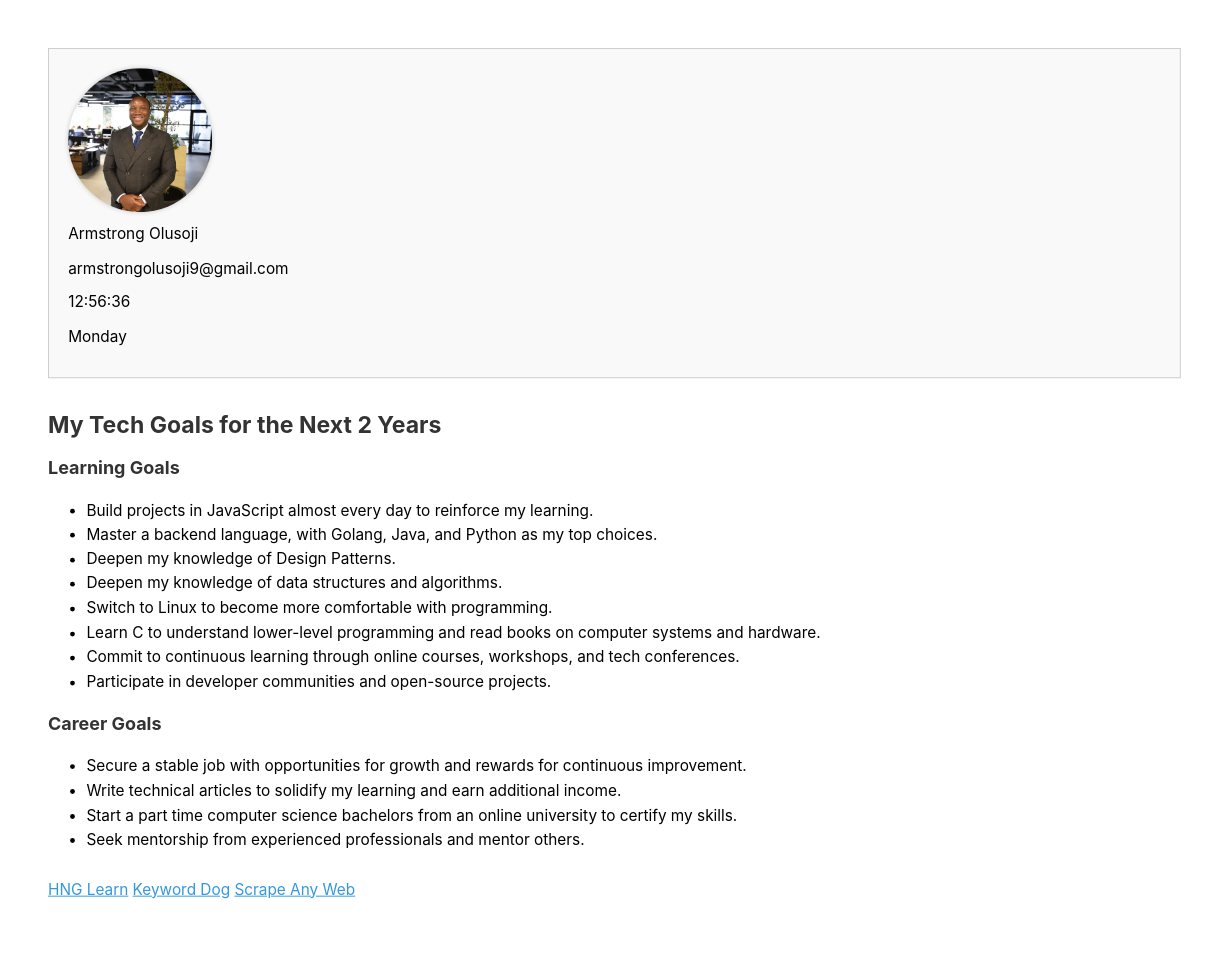
Repository: Armstrong2035/hng-project-one
Page: index.html
The author's editor kept a copy of each file at every save. The page is drawn from the files as they stood at one save, then again after the next save.
The browser window is 1280 px wide. The pictures show the whole page, at 96% of full size.

Above is the page before, as saved 2024-07-01 17:29:32.

After the next save:
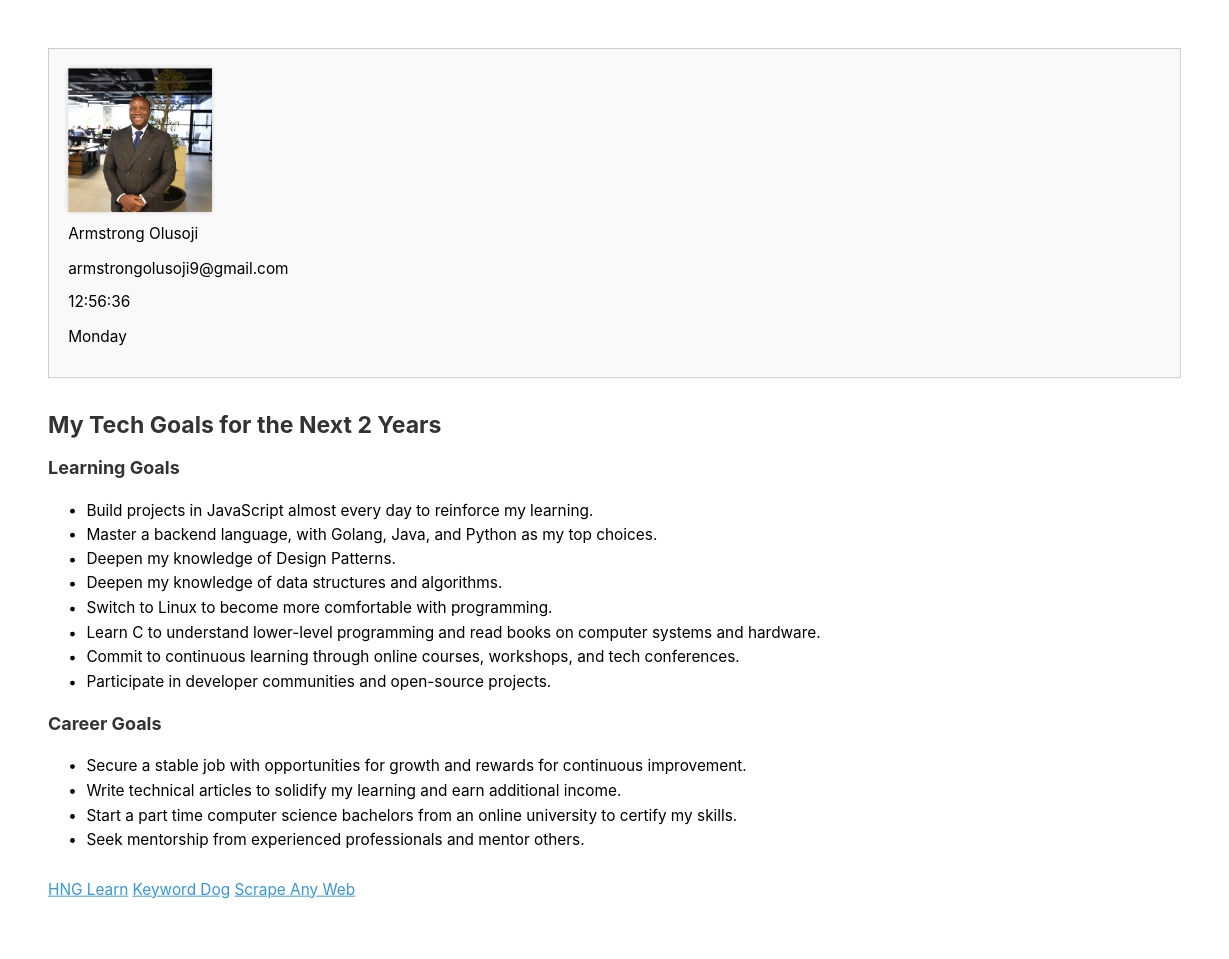
Saved 35 s later.
--- a/style.css
+++ b/style.css
@@ -26,7 +26,7 @@
 
 .profile-picture {
   height: 9.375rem;
-  width: 9.375rem;
+  width: 100%
   border-radius: 50%;
   overflow: hidden;
   align-self: flex-start;

After the save that followed:
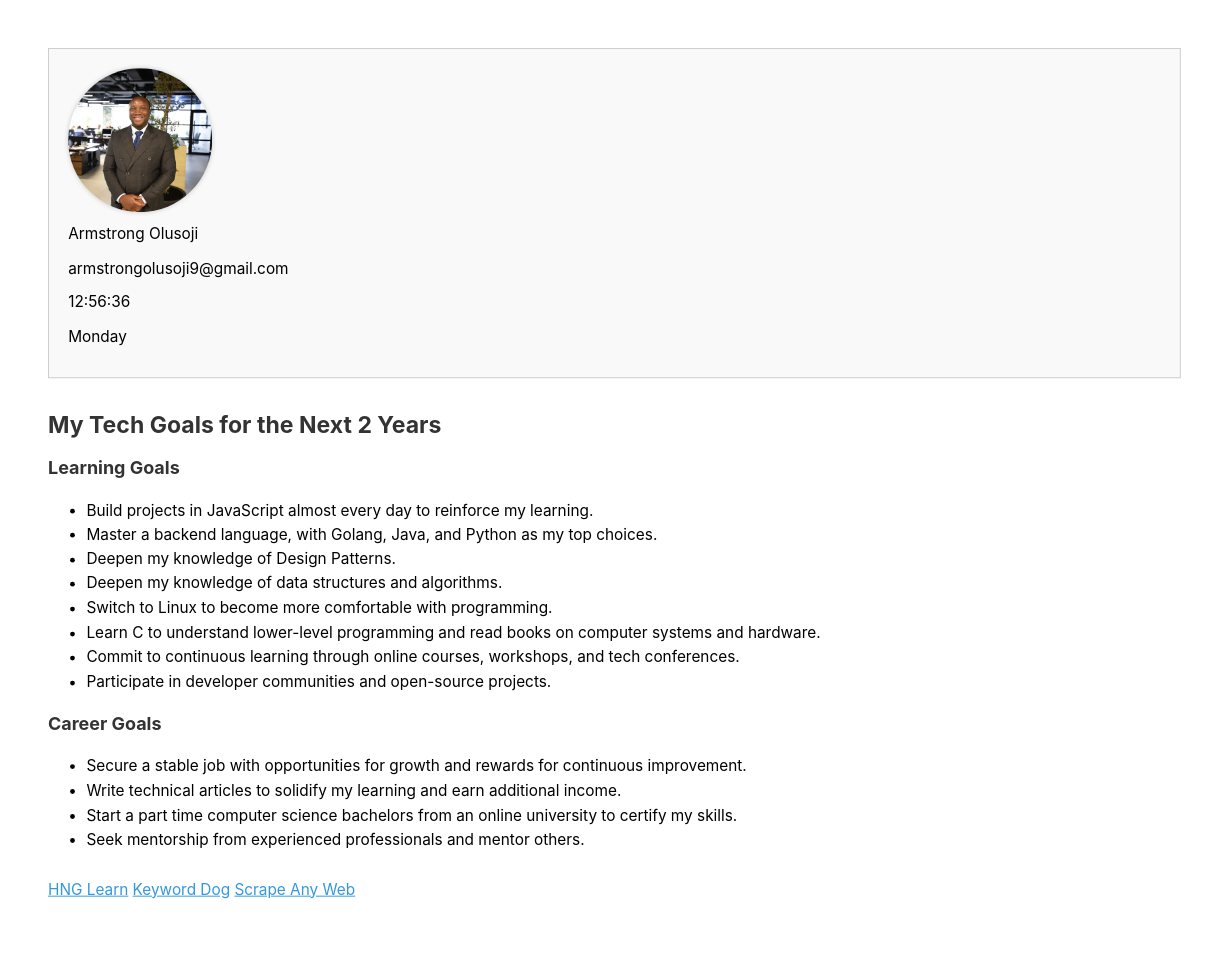
Saved 30 s later.
--- a/style.css
+++ b/style.css
@@ -26,7 +26,7 @@
 
 .profile-picture {
   height: 9.375rem;
-  width: 100%
+  width: 9.375rem;
   border-radius: 50%;
   overflow: hidden;
   align-self: flex-start;
